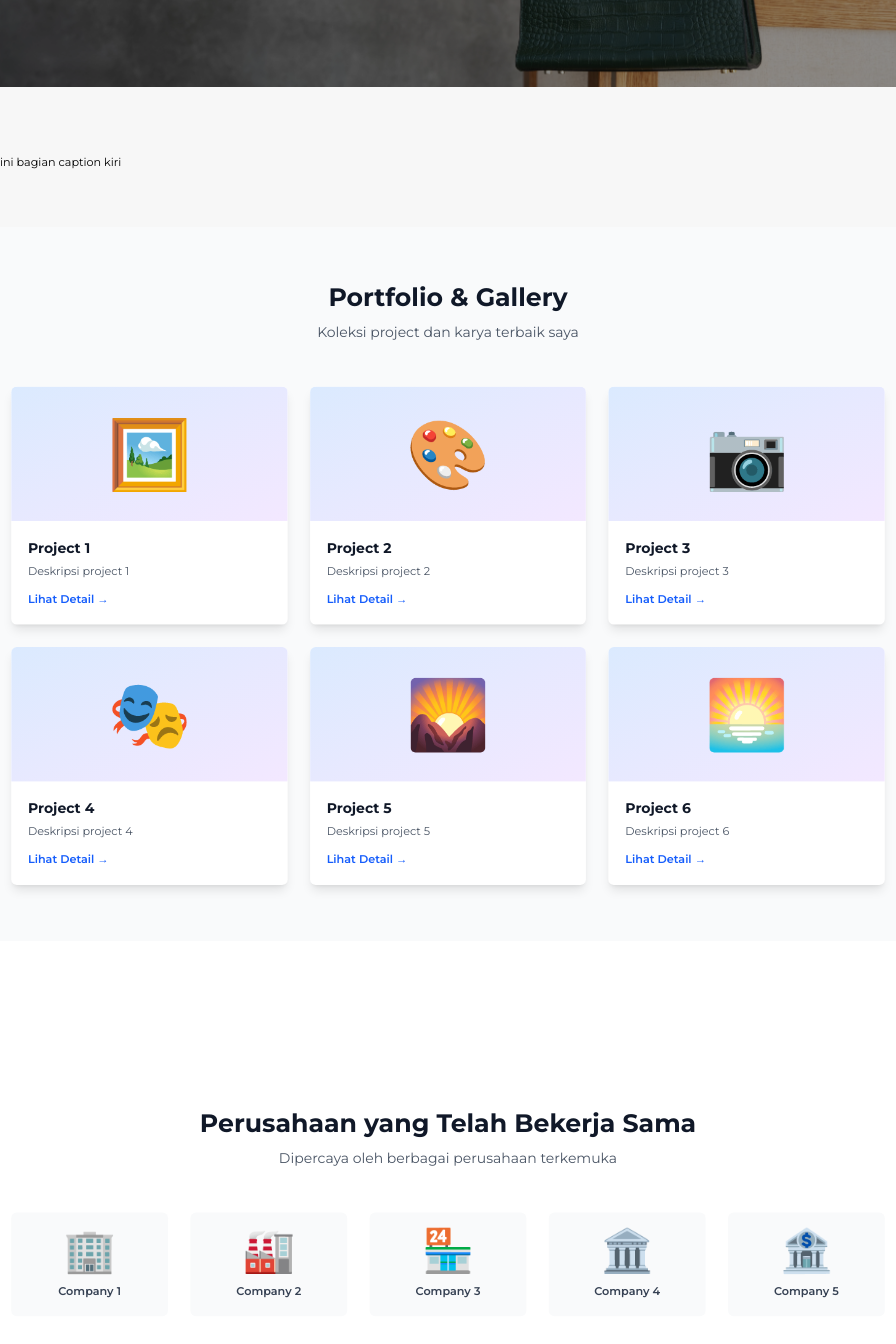
Repository: faridfirdaus-fred/konveksi_misju
Page: /
The author's editor kept a copy of each file at every save. The page is drawn from the files as they stood at one save, then again after the next save.
The browser window is 1280 px wide. The pictures show the part of the page from y = 595 to 2515 px (the page is 2921 px tall before and 2945 px after), at 70% of full size.
The project was rebuilt for these pictures with package versions that can differ from the ones it lists, and the page was loaded fresh each time. Also part of the build but not shown: vite.config.js.

Above is the page before, as saved 2026-01-09 19:03:24.

### index.html
<!doctype html>
<html lang="en">
  <head>
    <meta charset="UTF-8" />
    <link rel="icon" type="image/svg+xml" href="/vite.svg" />
    <meta name="viewport" content="width=device-width, initial-scale=1.0" />
    <link rel="preconnect" href="https://fonts.googleapis.com">
    <link rel="preconnect" href="https://fonts.gstatic.com" crossorigin>
    <link href="https://fonts.googleapis.com/css2?family=Montserrat:wght@300;400;500;600;700;800&display=swap" rel="stylesheet">
    <title>portfolio_misju</title>
  </head>
  <body>
    <div id="root"></div>
    <script type="module" src="/src/main.jsx"></script>
  </body>
</html>

### src/index.css
@import "tailwindcss";

@theme {
  --color-primary: #654834;
  --color-secondary: #F7F7F7;
}

### src/App.jsx
import './App.css'
import Navbar from './components/Navbar'
import Hero from './components/Hero'
import Partners from './components/Partners'
import Gallery from './components/Gallery'
import About from './components/About'
import Footer from './components/Footer'
import Hero_Bottom from './components/Hero_Bottom'

function App() {
  return (
    <div className="min-h-screen bg-gray-50">
      <Navbar />
      <Hero />
      <Hero_Bottom />
      <Gallery />
      <About />
      <Partners />
      <Footer />
    </div>
  )
}

export default App

### src/App.css
/* Custom styles for portfolio */
html {
  scroll-behavior: smooth;
}

body {
  font-family: "Montserrat", sans-serif;
  font-optical-sizing: auto;
}

### src/components/Navbar.jsx
import { useState } from 'react'
import logo from '../assets/logo.webp'

function Navbar() {
    const [isMobileMenuOpen, setIsMobileMenuOpen] = useState(false)

    const scrollToSection = (id) => {
        const element = document.getElementById(id)
        if (element) {
            element.scrollIntoView({ behavior: 'smooth' })
        }
        setIsMobileMenuOpen(false)
    }

    return (
        <nav className="fixed top-0 left-0 right-0 bg-secondary shadow-md z-50">
            <div className="w-11/12 md:11/12 mx-auto">
                <div className="flex justify-between items-center h-16">
                    {/* Logo - Kiri */}
                    <div className="shrink-0">
                        <a href="#home" className="flex items-center">
                            <img src={logo} alt="MyPortfolio Logo" className="h-10 w-auto" />
                        </a>
                    </div>

                    {/* Navigation - Tengah (Desktop) */}
                    <div className="hidden md:flex space-x-8">
                        <button onClick={() => scrollToSection('home')} className="text-gray-700 hover:text-primary transition">
                            Beranda
                        </button>

                        <button onClick={() => scrollToSection('gallery')} className="text-gray-700 hover:text-primary transition">
                            Galeri
                        </button>
                        <button onClick={() => scrollToSection('about')} className="text-gray-700 hover:text-primary transition">
                            Tentang
                        </button>
                         <button onClick={() => scrollToSection('partners')} className="text-gray-700 hover:text-primary transition">
                            Mitra
                        </button>
                    </div>

                    {/* Contact Button - Kanan */}
                    <div className="hidden md:block">
                        <a
                            href="https://wa.me/6285318217545"
                            target="_blank"
                            rel="noopener noreferrer"
                            className="inline-block bg-primary text-white px-6 py-2 rounded-lg transition hover:bg-secondary hover:text-primary border-2 border-primary"
                        >
                            Hubungi Kami
                        </a>
                    </div>

                    {/* Mobile menu button */}
                    <div className="md:hidden">
                        <button
                            onClick={() => setIsMobileMenuOpen(!isMobileMenuOpen)}
                            className="text-gray-700 hover:text-blue-600"
                        >
                            <svg className="h-6 w-6" fill="none" viewBox="0 0 24 24" stroke="currentColor">
                                <path strokeLinecap="round" strokeLinejoin="round" strokeWidth={2} d={isMobileMenuOpen ? "M6 18L18 6M6 6l12 12" : "M4 6h16M4 12h16M4 18h16"} />
                            </svg>
                        </button>
                    </div>
                </div>
            </div>

            {/* Mobile menu */}
            {isMobileMenuOpen && (
                <div className="md:hidden bg-white border-t">
                    <div className="px-2 pt-2 pb-3 space-y-1">
                        <button onClick={() => scrollToSection('home')} className="block w-full text-left px-3 py-2 text-gray-700 hover:bg-gray-100">
                            Beranda
                        </button>
                        <button onClick={() => scrollToSection('partners')} className="block w-full text-left px-3 py-2 text-gray-700 hover:bg-gray-100">
                            Mitra
                        </button>
                        <button onClick={() => scrollToSection('gallery')} className="block w-full text-left px-3 py-2 text-gray-700 hover:bg-gray-100">
                            Galeri
                        </button>
                        <button onClick={() => scrollToSection('about')} className="block w-full text-left px-3 py-2 text-gray-700 hover:bg-gray-100">
                            Tentang
                        </button>
                        <a
                            href="https://wa.me/6285318217545"
                            target="_blank"
                            rel="noopener noreferrer"
                            className="block w-full text-center px-3 py-2 bg-primary text-secondary hover:bg-secondary hover:text-primary rounded"
                        >
                            Hubungi Kami
                        </a>
                    </div>
                </div>
            )}
        </nav>
    )
}

export default Navbar

### src/components/Hero.jsx
import hero from '../assets/hero.webp'

function Hero() {

  return (
    <section
      id="home"
      className="min-h-screen w-full flex items-center relative bg-cover bg-center bg-no-repeat"
      style={{
        backgroundImage: `url(${hero})`
      }}
    >
      {/* Overlay */}
      <div className="absolute inset-0 bg-black/40"></div>

      {/* Content */}
      <div className="relative z-10 w-11/12 mx-auto">
        <div className="w-6/12">
          <h1 className="text-4xl md:text-6xl font-bold text-white mb-4">
            Misju - Konveksi Tas Berkualitas
          </h1>
          <p className="text-lg md:text-xl text-white/90 mb-6">
            Spesialis pembuatan tas custom untuk kebutuhan pribadi, bisnis, dan institusi. Kualitas terjamin dengan harga terjangkau.
          </p>
          <div className="flex flex-wrap gap-4">
            <a
              href="https://wa.me/6285318217545"
              target="_blank"
              rel="noopener noreferrer"
              className="bg-primary text-white px-6 py-3 rounded-lg text-lg font-semibold hover:bg-secondary hover:text-primary transition shadow-lg"
            >
              Hubungi Kami
            </a>
          </div>
        </div>
        <div className='w-6/12'></div>
      </div>
    </section>
  )
}

export default Hero

### src/components/Partners.jsx
function Partners() {
  const partners = [
    { id: 1, name: 'Company 1', logo: '🏢' },
    { id: 2, name: 'Company 2', logo: '🏭' },
    { id: 3, name: 'Company 3', logo: '🏪' },
    { id: 4, name: 'Company 4', logo: '🏛️' },
    { id: 5, name: 'Company 5', logo: '🏦' },
  ]

  return (
    <section id="partners" className="py-20 px-4 bg-white">
      <div className="max-w-7xl mx-auto">
        <div className="text-center mb-16">
          <h2 className="text-4xl font-bold text-gray-900 mb-4">
            Perusahaan yang Telah Bekerja Sama
          </h2>
          <p className="text-xl text-gray-600">
            Dipercaya oleh berbagai perusahaan terkemuka
          </p>
        </div>
        <div className="grid grid-cols-2 md:grid-cols-3 lg:grid-cols-5 gap-8">
          {partners.map((partner) => (
            <div key={partner.id} className="flex flex-col items-center justify-center p-6 bg-gray-50 rounded-lg hover:shadow-lg transition">
              <div className="text-6xl mb-4">{partner.logo}</div>
              <p className="text-gray-700 font-semibold">{partner.name}</p>
            </div>
          ))}
        </div>
      </div>
    </section>
  )
}

export default Partners

### src/components/Gallery.jsx
function Gallery() {
  const galleryItems = [
    { id: 1, title: 'Project 1', image: '🖼️', description: 'Deskripsi project 1' },
    { id: 2, title: 'Project 2', image: '🎨', description: 'Deskripsi project 2' },
    { id: 3, title: 'Project 3', image: '📷', description: 'Deskripsi project 3' },
    { id: 4, title: 'Project 4', image: '🎭', description: 'Deskripsi project 4' },
    { id: 5, title: 'Project 5', image: '🌄', description: 'Deskripsi project 5' },
    { id: 6, title: 'Project 6', image: '🌅', description: 'Deskripsi project 6' },
  ]

  return (
    <section id="gallery" className="py-20 px-4 bg-gray-50">
      <div className="max-w-7xl mx-auto">
        <div className="text-center mb-16">
          <h2 className="text-4xl font-bold text-gray-900 mb-4">
            Portfolio & Gallery
          </h2>
          <p className="text-xl text-gray-600">
            Koleksi project dan karya terbaik saya
          </p>
        </div>
        <div className="grid grid-cols-1 md:grid-cols-2 lg:grid-cols-3 gap-8">
          {galleryItems.map((item) => (
            <div key={item.id} className="bg-white rounded-lg overflow-hidden shadow-lg hover:shadow-xl transition">
              <div className="h-48 bg-gradient-to-br from-blue-100 to-purple-100 flex items-center justify-center text-8xl">
                {item.image}
              </div>
              <div className="p-6">
                <h3 className="text-xl font-bold text-gray-900 mb-2">{item.title}</h3>
                <p className="text-gray-600">{item.description}</p>
                <button className="mt-4 text-blue-600 font-semibold hover:text-blue-700">
                  Lihat Detail →
                </button>
              </div>
            </div>
          ))}
        </div>
      </div>
    </section>
  )
}

export default Gallery

### src/components/About.jsx
function About() {
  return (
    <section id="about" className="py-20 px-4 bg-white ">
      <div className="max-w-7xl mx-auto">

      </div>
    </section>
  )
}

export default About

### src/components/Footer.jsx
function Footer() {
  const scrollToSection = (id) => {
    const element = document.getElementById(id)
    if (element) {
      element.scrollIntoView({ behavior: 'smooth' })
    }
  }

  return (
    <footer id="footer" className="bg-primary text-white py-12 px-4">
      <div className="max-w-7xl mx-auto">
        <div className="grid grid-cols-1 md:grid-cols-3 gap-8 mb-8">
          {/* About */}
          <div>
            <h3 className="text-2xl font-bold mb-4">MyPortfolio</h3>
            <p className="text-gray-400">
              Menciptakan solusi digital yang inovatif dan berkualitas untuk kesuksesan bisnis Anda
            </p>
          </div>

          {/* Quick Links */}
          <div>
            <h3 className="text-xl font-bold mb-4">Quick Links</h3>
            <ul className="space-y-2">
              <li>
                <button onClick={() => scrollToSection('home')} className="text-gray-400 hover:text-white transition">
                  Home
                </button>
              </li>
              <li>
                <button onClick={() => scrollToSection('partners')} className="text-gray-400 hover:text-white transition">
                  Partners
                </button>
              </li>
              <li>
                <button onClick={() => scrollToSection('gallery')} className="text-gray-400 hover:text-white transition">
                  Gallery
                </button>
              </li>
              <li>
                <button onClick={() => scrollToSection('about')} className="text-gray-400 hover:text-white transition">
                  About
                </button>
              </li>
            </ul>
          </div>

          {/* Contact */}
          <div>
            <h3 className="text-xl font-bold mb-4">Contact</h3>
            <ul className="space-y-2 text-gray-400">
              <li>📧 email@example.com</li>
              <li>📱 +62 123 4567 8900</li>
              <li>📍 Jakarta, Indonesia</li>
            </ul>
            <div className="flex gap-4 mt-4">
              <a href="#" className="text-2xl hover:text-blue-400 transition">🔗</a>
              <a href="#" className="text-2xl hover:text-blue-400 transition">💼</a>
              <a href="#" className="text-2xl hover:text-blue-400 transition">📸</a>
            </div>
          </div>
        </div>

        <div className="border-t border-gray-800 pt-8 text-center text-gray-400">
          <p>&copy; 2026 MyPortfolio. All rights reserved.</p>
        </div>
      </div>
    </footer>
  )
}

export default Footer

### src/components/Hero_Bottom.jsx
function Hero_Bottom() {

  return (
    <section id="home" className="pt-24 pb-20 bg-secondary w-full mx-auto">
      <div className="w-6/12 ">
    <p>ini bagian caption kiri</p>
      </div>
      <div className="w-6/12 ">

      </div>
    </section>
  )
}

export default Hero_Bottom

Loaded but not shown: src/main.jsx (common file)

After the next save:
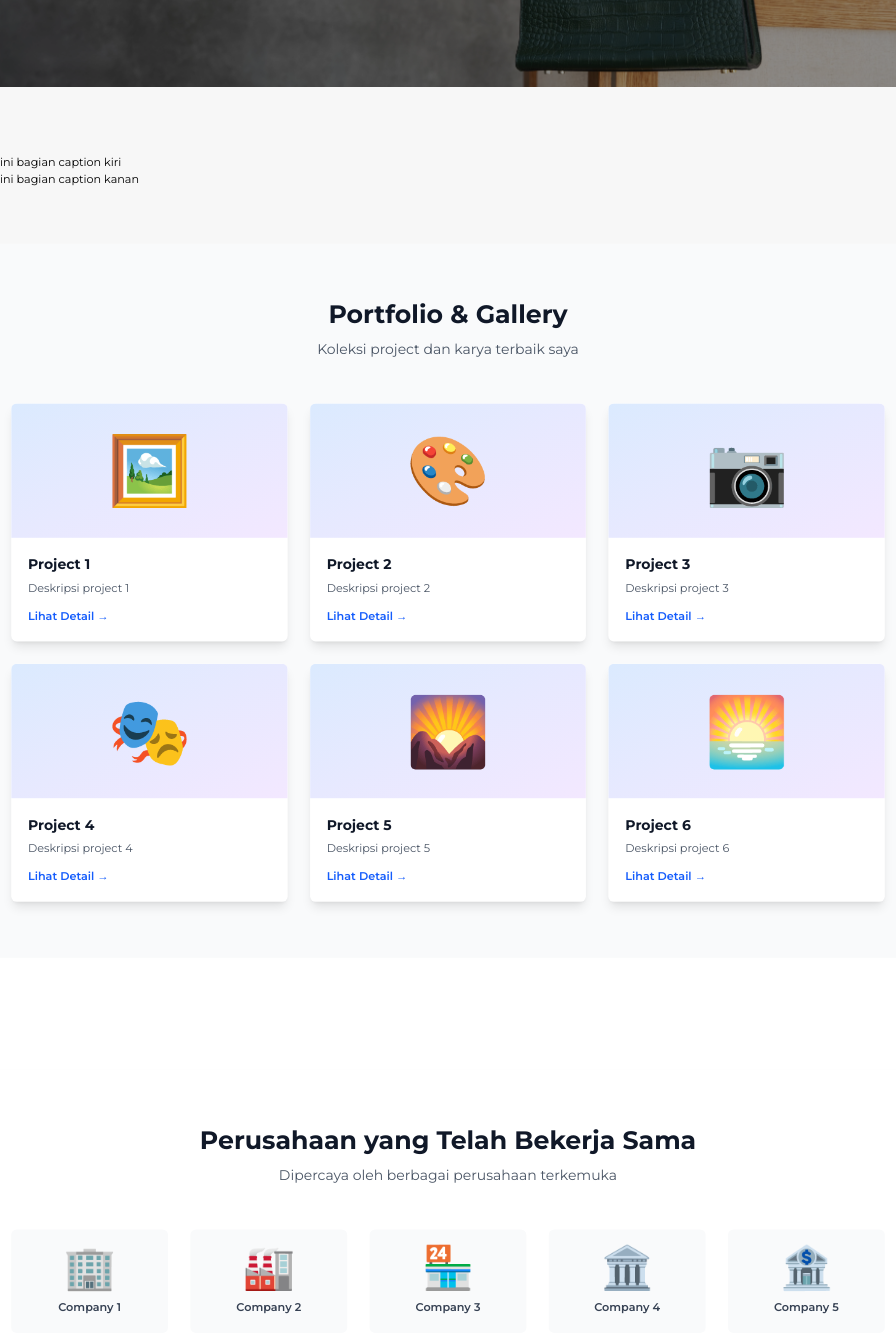
Saved 6 min 57 s later.
--- a/src/components/Hero_Bottom.jsx
+++ b/src/components/Hero_Bottom.jsx
@@ -6,7 +6,7 @@
     <p>ini bagian caption kiri</p>
       </div>
       <div className="w-6/12 ">
-
+    <p>ini bagian caption kanan</p>
       </div>
     </section>
   )
